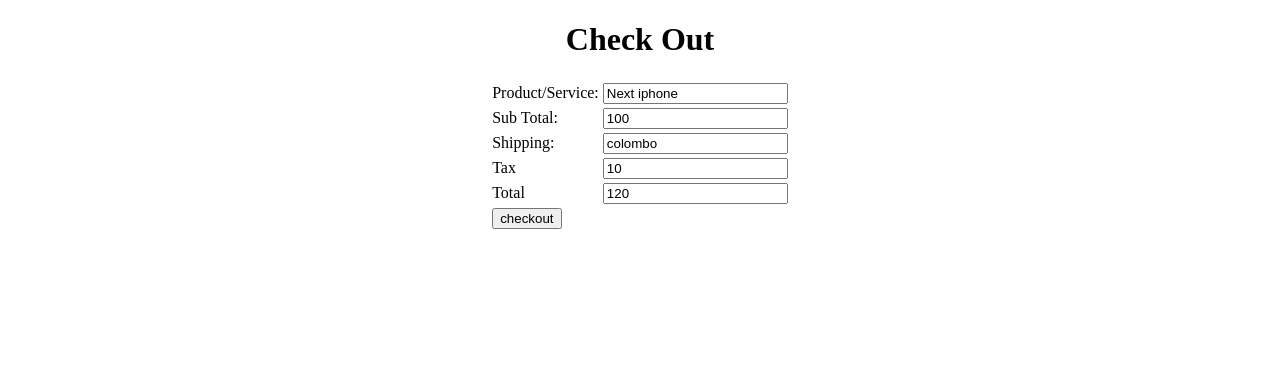
Repository: ThimeshaMindaka/PAFF
Page: PayPalTest/src/main/webapp/checkout.html
An editor plug-in stored every save of this project. The page is shown before and after the next save, followed by the edit.
The browser window is 1280 px wide. The pictures show the whole page.

Above is the page before, as saved 2022-05-13 19:07:19.

### PayPalTest/src/main/webapp/checkout.html
<!DOCTYPE html>
<html>
<head>
<meta charset="ISO-8859-1">
<title>Check Out</title>
</head>
<body>
<div align="center">
		<h1>Check Out</h1>
		<form action="authorize_payment" method="post">
		<table>
		<tr>
			<td>Product/Service:</td>
			<td><input type="text" name="product" value="Next iphone" > </td>
		</tr>
		<tr>
			<td>Sub Total:</td>
			<td><input type="text" name="subtotal" value="100" > </td>
		</tr>
		<tr>
			<td>Shipping:</td>
			<td><input type="text" name="shipping" value="colombo" > </td>
		</tr>
		<tr>
			<td>Tax</td>
			<td><input type="text" name="tax" value="10" > </td>
		</tr>
		<tr>
			<td>Total</td>
			<td><input type="text" name="total" value="120" > </td>
		</tr>
		<tr>
			<td><input type="submit" value="checkout" > </td>
		</tr>
		</table>
		</form>
</div>
</body>
</html>

After the next save:
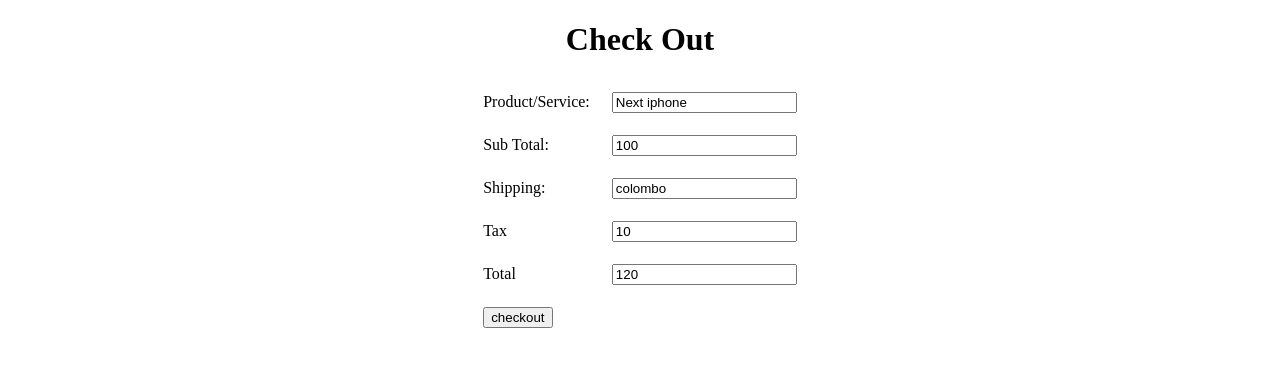
Saved 16 min 20 s later.
--- a/PayPalTest/src/main/webapp/checkout.html
+++ b/PayPalTest/src/main/webapp/checkout.html
@@ -3,6 +3,10 @@
 <head>
 <meta charset="ISO-8859-1">
 <title>Check Out</title>
+	<style type="text/css">
+		table {border : 0}
+		table td { padding: 10px; }
+	</style>
 </head>
 <body>
 <div align="center">
